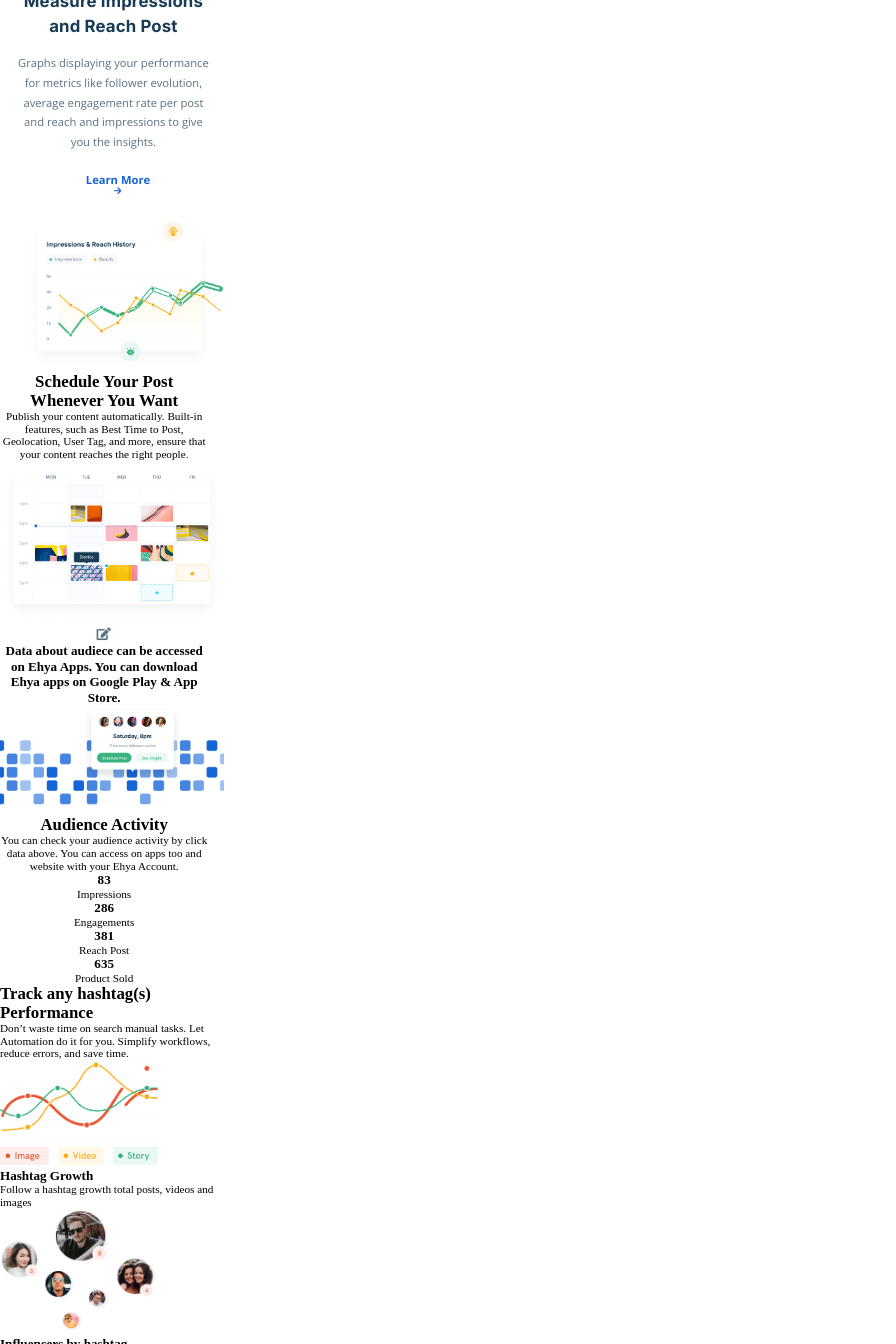
Repository: Eduardo-Tamborelli-Ferreira-lino/FrontEnd
Page: projetos/Prova-CSS/index.html
An editor plug-in stored every save of this project. The page is shown before and after the next save, followed by the edit.
The browser window is 1280 px wide. The pictures show the part of the page from y = 1023 to 2943 px (the page is 4970 px tall before and 4954 px after), at 70% of full size.

Above is the page before, as saved 2026-03-12 13:48:50.

### projetos/Prova-CSS/index.html
<!DOCTYPE html>
<html lang="en">

<head>
    <meta charset="UTF-8">
    <meta name="viewport" content="width=device-width, initial-scale=1.0">
    <link rel="stylesheet" href="style.css">
    <title>Ehya</title>
</head>

<body>
    <div id="background-start"></div>

    <!-- Construção do Header Para o Desktop e Mobile -->
    <header class="container">
        <div class="logo">
            <img src="./Image/Header/Logo.png" alt="Website brand logo">
        </div>
        <div id="menu-mobile">
            <img src="./Image/Header/Menu_hamburger.png" alt="Hamburger menu for website actions. ">
        </div>
        <div id="menu-desktop">
            <nav>
                <ul>
                    <li><a href="#">Home</a></li>
                    <li><a href="#">Landings</a></li>
                    <li><a href="#">Pages</a></li>
                    <li><a href="#">Docs</a></li>
                    <li><a href="#">Help</a></li>
                    <li><a href="#">Get it now</a></li>
                </ul>
            </nav>
        </div>

    </header>


    <main>

        <section id="hero">

            <div id="hero-content" , class="container">
                <div id="hero-title">
                    <h1>
                        Track Instagram
                        Business Performance
                    </h1>
                </div>
                <div id="hero-subtitle">
                    <p>
                        Ehya is the Instagram analytics platform teams use to stay focused on the goals, track
                        engagement for report your business .
                    </p>
                </div>
                <div id="hero-button">
                    <a href="#">Get 14-Days Trial</a>
                </div>
                <div id="Dashboard">
                    <img src="./Image/Main/Dashboard/Dashboard.png"
                        alt="Dashboard to the Most Imports Information on Brand">
                </div>
            </div>

        </section>

        <section id="partners" , class="container">

            <div id="all-partners">
                <div class="partners-image">
                    <div id="Slack">
                        <img src="./Image/Main/Brands/Slack.png" alt="Image of Partner Slack">
                    </div>
                </div>
                <div class="partners-image">
                    <div id="Netflix">
                        <img src="./Image/Main/Brands/Netflix.png" alt="Image of Partner Netflix">
                    </div>
                </div>
                <div class="partners-image">
                    <div id="Google">
                        <img src="./Image/Main/Brands/Google.png" alt="Image of Partner Google">
                    </div>
                </div>
                <div class="partners-image">
                    <div id="Airbnb">
                        <img src="./Image/Main/Brands/Airbnb.png" alt="Image of Partner Airbnb">
                    </div>
                </div>
                <div class="partners-image">
                    <div id="Uber">
                        <img src="./Image/Main/Brands/Uber.png" alt="Image of Partner Uber">
                    </div>
                </div>




            </div>

        </section>

        <div class="line-divider"></div>

        <section id="main-content" , class="container">

            <div id="Feature">

                <div id="impressions">
                    <div id="impressions-title">
                        <h2>
                            Measure Impressions
                            and Reach Post
                        </h2>
                    </div>
                    <div id="impressions-subtitle">
                        <p>
                            Graphs displaying your performance
                            for metrics like follower
                            evolution, average engagement rate
                            per post and reach
                            and impressions to give you the
                            insights.
                        </p>
                    </div>
                    <div id="impressions-button">
                        <a href="#">Learn More
                            <img src="./Image/Main/Icons/Icon_Arrow.png"
                                alt="Arrow to indicate that the button leads to another page. ">
                        </a>
                    </div>
                    <div id="impressions-graph">
                        <img src="./Image/Main/Graph/Graph.png"
                            alt="Graph of Impressions and Reach History of the Brand">
                    </div>
                </div>

                <div id="schedule">

                    <div id="schedule-title">
                        <h2>
                            Schedule Your Post
                            Whenever You Want
                        </h2>
                    </div>
                    <div id="schedule-subtitle">
                        <p>
                            Publish your content automatically. Built-in features, such as Best Time to Post,
                            Geolocation, User Tag, and more, ensure that your content reaches the right people.
                        </p>
                    </div>
                    <div id="schedule-graph">
                        <img src="./Image/Main/Graph/Week_Graph .png" alt="Graph of week's agenda">
                    </div>
                    <div id="line-divider-schedule"></div>
                    <div id="schedule-help">
                        <img src="./Image/Main/Icons/Icon_pencil.png" alt="icon to indicate editing">
                        <h3>
                            Data about audiece can be accessed on Ehya Apps.
                            You can download Ehya apps on Google Play & App Store.
                        </h3>
                    </div>

                </div>

            </div>

            <div id="audience">

                <div id="audience-image">
                    <img src="./Image/Main/Graph/follows_Graph .png" alt="Audience Viewing Image">
                </div>

                <div id="audience-title">
                    <h2>
                        Audience Activity
                    </h2>
                </div>

                <div id="audience-subtitle">
                    <p>
                        You can check your audience activity by click data above.
                        You can access on apps too and website with your Ehya Account.
                    </p>
                </div>

                <div id="audience-activity">
                    <div class="audience-informations">
                        <h3>
                            83
                        </h3>
                        <p>
                            Impressions
                        </p>
                    </div>
                    <div class="audience-informations">
                        <h3>
                            286
                        </h3>
                        <p>
                            Engagements
                        </p>
                    </div>
                    <div class="audience-informations">
                        <h3>
                            381
                        </h3>
                        <p>
                            Reach Post
                        </p>
                    </div>
                    <div class="audience-informations">
                        <h3>
                            635
                        </h3>
                        <p>
                            Product Sold
                        </p>
                    </div>
                </div>

            </div>

        </section>

        <section id="track-background">

            <section id="track-hashtag" , class="container">

                <div id="track-title">
                    <h2>
                        Track any hashtag(s) Performance
                    </h2>
                </div>
                <div id="track-subtitle">
                    <p>
                        Don’t waste time on search manual tasks. Let Automation do it for you.
                        Simplify workflows, reduce errors, and save time.
                    </p>
                </div>
                <div class="track-card">
                    <div id="card-graph">
                        <img src="./Image/Main/Track-card/Graph-card.png" alt="Graph of hashtag Growth">
                    </div>
                    <div id="Graph-description">
                        <img src="./Image/Main/Track-card/Graph-information.png"
                            alt="Description of each line in the graph">
                    </div>
                    <div class="card-title">
                        <h3>
                            Hashtag Growth
                        </h3>
                    </div>
                    <div class="card-subtitle">
                        <p>
                            Follow a hashtag growth total posts, videos
                            and images
                        </p>
                    </div>
                </div>
                <div class="track-card">
                    <div id="card-image">
                        <img src="./Image/Main/Track-card/Influencers.png" alt="Influencers by hashtag">
                    </div>
                    <div class="card-title">
                        <h3>
                            Influencers by hashtag
                        </h3>
                    </div>
                    <div class="card-subtitle">
                        <p>
                            Identify the most influential people posting with
                            your hashtag
                        </p>
                    </div>
                </div>
                <div class="track-card">
                    <div id="card-posts">
                        <img src="./Image/Main/Track-card/Posts.png" alt="Most Influential Posts">
                    </div>
                    <div class="card-title">
                        <h3>
                            Most Influential Posts
                        </h3>
                    </div>
                    <div class="card-subtitle">
                        <p>
                            See the most influential posts on hashtag you
                            are following on.
                        </p>
                    </div>
                </div>
                <div class="track-card">
                    <div id="card-Map">
                        <img src="./Image/Main/Track-card/Map.png" alt="Map of Hashtag Location">
                    </div>
                    <div class="card-title">
                        <h3>
                            Hashtag Location
                        </h3>
                    </div>
                    <div class="card-subtitle">
                        <p>
                            Visualize where people are posting using your
                            hashtag made.
                        </p>
                    </div>
                </div>
            </section>

            <div class="line-divider"></div>

            <section id="testimonials" , class="container">

                <div id="testimonials-hearder">
                    <div id="testimonials-title">
                        <h3>
                            Ehya is loved by users
                        </h3>
                    </div>
                    <div id="testimonials-arrows">
                        <img src="./Image/Main/testimonials/Button-arrow-left.png"
                            alt="Left Arrom To Move for the last testimonials">
                        <img src="./Image/Main/testimonials/Button-arrow-right.png"
                            alt="Right Arrom To Move for the Next testimonials">
                    </div>
                </div>
                <div id="testimonials-box">
                    <div class="testimonials-card">
                        <div class="card-photos">
                            <img src="./Image/Main/testimonials/Photo-jaquon.png" alt="Photo of Jaquon Hart">
                        </div>
                        <div class="card-stars">
                            <img src="./Image/Main/testimonials/Star-Jaquon.png" alt="User Rating">
                        </div>
                        <div class="testimonials-text">
                            <h5>
                                “With Ehya, we’re able to easily track our performance in full detail.
                                It’s become an essential tool for us to grow and engage with our audience.”
                            </h5>
                        </div>
                        <div class="testimonials-identification">
                            <h4 class="testimonials-name">
                                Jaquon Hart
                            </h4>
                            <p class="testimonials-Job">
                                Digital Marketing Executive, Hypebeast
                            </p>
                        </div>
                    </div>
                    <div class="testimonials-card">
                        <div class="card-photos">
                            <img src="./Image/Main/testimonials/Phto-Harider.png" alt="Photo of Harider Bharwal">
                        </div>
                        <div class="card-stars">
                            <img src="./Image/Main/testimonials/Star-Harider.png" alt="User Rating">
                        </div>
                        <div class="testimonials-text">
                            <h5>
                                “With Ehya, we’re able to easily track our performance in full detail.
                                It’s become an essential tool for us to grow and engage with our audience.”
                            </h5>
                        </div>
                        <div class="testimonials-identification">
                            <h4 class="testimonials-name">
                                Harider Bharwal
                            </h4>
                            <p class="testimonials-Job">
                                Product Manager of Salestation Asia
                            </p>
                        </div>
                    </div>
                </div>

            </section>

        </section>


        <section id="sing-up">

            <div id="sign-box">
                <div id="sign-left-image">
                    <img src="./Image/Main/Sing/Left-side.png" alt="Left Side Images">
                </div>
                <div id="sign-information">
                    <div id="Information-title">
                        <h2>
                            Grow your brand
                            presence on social media.
                        </h2>
                    </div>
                    <div id="Information-text">
                        <p>
                            Try Ehya free for 14 days. No credit card required.
                        </p>
                    </div>
                    <div id="Information-button">
                        <a href="#">Sign Up for Free Trial</a>
                    </div>
                </div>
                <div id="sign-right-image">
                    <img src="./Image/Main/Sing/Right side.png" alt="right Side Images">
                </div>
            </div>

        </section>

    </main>

    <footer>

        <section id="main-footer" , class="container">

            <section id="footer-about">
                <div class="logo">
                    <img src="./Image/Header/Logo.png" alt="Logo of the brand">
                </div>
                <div id="footer-about-description">
                    <p>
                        Build a modern and creative website with crealand
                    </p>
                </div>
                <div id="about-social-icons">
                    <img src="./Image/Footer/Icons/Google-icon.png" alt="Google Icon">
                    <img src="./Image/Footer/Icons/Twitter-icon.png" alt="Twitter Icon">
                    <img src="./Image/Footer/Icons/Instagram-icon.png" alt="Instagram Icon">
                    <img src="./Image/Footer/Icons/linkedin-icon.png" alt="Linkedin Icon">
                </div>
            </section>

            <section id="links-products">
                <div class="links-box">
                    <div class="links-title">
                        Product
                    </div>
                    <div class="links">
                        <nav>
                            <ul>
                                <li><a href="#">Landingpage</a></li>
                                <li><a href="#">Features</a></li>
                                <li><a href="#">Documentation</a></li>
                                <li><a href="#">Referral Program</a></li>
                                <li><a href="#">Pricing</a></li>
                            </ul>
                        </nav>
                    </div>
                </div>
                <div class="links-box">
                    <div class="links-title">
                        Services
                    </div>
                    <div class="links">
                        <nav>
                            <ul>
                                <li><a href="#">Documentation</a></li>
                                <li><a href="#">Design</a></li>
                                <li><a href="#">Themes</a></li>
                                <li><a href="#">Illustrations</a></li>
                                <li><a href="#">UI Kit</a></li>
                            </ul>
                        </nav>
                    </div>
                </div>
                <div class="links-box">
                    <div class="links-title">
                        Company
                    </div>
                    <div class="links">
                        <nav>
                            <ul>
                                <li><a href="#">About</a></li>
                                <li><a href="#">Terms</a></li>
                                <li><a href="#">Privacy Policy</a></li>
                                <li><a href="#">Careers</a></li>
                            </ul>
                        </nav>
                    </div>
                </div>
                <div class="links-box">
                    <div class="links-title">
                        More
                    </div>
                    <div class="links">
                        <nav>
                            <ul>
                                <li><a href="#">Documentation</a></li>
                                <li><a href="#">License</a></li>
                                <li><a href="#">Changelog</a></li>
                            </ul>
                        </nav>
                    </div>
                </div>
            </section>

            <section id="copyright">

                <div id="copyright-heart">
                    <img src="./Image/Footer/Heart/Heart.png" alt="Heart Icon">
                </div>
                <div id="copyright-text">
                    <p>
                        Copyright © 2019. Crafted with love.
                    </p>
                </div>

            </section>

        </section>

    </footer>

</body>

</html>

### projetos/Prova-CSS/style.css
@import url('https://fonts.googleapis.com/css2?family=Inter:ital,opsz,wght@0,14..32,100..900;1,14..32,100..900&family=Open+Sans:ital,wght@0,300..800;1,300..800&display=swap');

*{
    padding: 0;
    margin: 0;
    box-sizing: border-box;
}

:root{
    --Title-font: "Inter";
    --Text-font: "Open Sans";
    --Numbers-color: #FAAD13;
    --title-color:#183B56;
    --Text-color: #5A7184;
    --color-track: #F9FBFE;
    --color-header: rgba(250, 173, 19, 0.1);
    --links-color: #183B56;
}

a{
    text-decoration: none;
    color: var(--links-color);
}

li{
    list-style: none;
    cursor: pointer;
}

body{
    width: 20rem;
    height: 100vh;
}

#background-start{
    width: 20rem;
    height: 36.125rem;
    background-color: var(--color-header);
    position: absolute;
    z-index: -2;
    margin: 0 auto;
    top: 0;
    left: 0;
}

header{
    display: flex;
    justify-content: space-around;
    align-items: center;
    z-index: 10;
    gap: 10.688rem;
    margin: 1.125rem 1.5rem 3rem 1.125rem;
}

#menu-desktop{
    display: none;
}

#hero{
    width: 20rem;
    text-align: center;
}

#hero-title h1{
    font-family: var(--Title-font);
    font-weight: 700;
    font-size: 2rem;
    line-height: 2.5rem;
    letter-spacing: 0.013rem;
    color: var(--title-color);
    margin-bottom: 1.5rem;
}

#hero-subtitle p{
    width: 17.5rem;
    font-family: var(--Text-font);
    color: var(--Text-color);
    font-weight: 400;
    font-size: 1rem;
    line-height: 1.75rem;
    letter-spacing: 0;
    margin: 0 1.25rem 2.5rem 1.25rem;
}

#hero-button{
    display: flex;
    justify-content: center;
    align-items: center;
    width: 12.5rem;
    height: 3rem;
    background-color: #183B56;
    border-radius: 0.5rem;
    margin: 0 3.75rem;
}

#hero-button a{
    color: #FFFFFF;
    font-size: 1rem;
    font-weight: 700;
    line-height: 100%;
    letter-spacing: 0;
    text-align: center;
}

#Dashboard img{
    margin-top: 3rem;
    margin-bottom: 4rem;
}

#partners{
    width: 18.471rem;
    height: 11.344rem;
    margin-left: 0.75rem;
}

#all-partners{
    display: flex;
    gap: 1rem;
    flex-wrap: wrap;
}

.partners-image{
    width: 42%;
    flex-grow: 0;
}

#Uber{
    margin-left: 4.063rem;
}

.line-divider{
    width: 17.5rem;
    height: 0.063rem;
    border-radius: 0.063rem;
    background-color: #E3E7ED;
    margin-left: 1.25rem;
    margin-bottom: 4.031rem;
}

#main-content{
    width: 18.6rem;
    text-align: center;
}

#impressions-title h2{
    width: 17.5rem;
    font-weight: 700;
    font-size: 1.5rem;
    line-height: 2.25rem;
    letter-spacing: 0.013rem;
    color: var(--title-color);
    font-family: var(--Title-font);
    margin: auto 1.375rem;
}

#impressions-subtitle p{
    width: 17.5rem;
    font-family: var(--Text-font);
    font-weight: 400;
    font-size: 1rem;
    line-height: 1.75rem;
    letter-spacing: 0;
    color: var(--Text-color);
    margin: 1.25rem 0 2rem 1.375rem;
}

#impressions-button{
    width: 7.313rem;
    margin: 0 0 2.25rem 6.5rem;
    display: flex;
    justify-content: center;
    align-items: center;
}

#impressions-button a{
    font-weight: 700;
    font-size: 1rem;
    line-height: 100%;
    letter-spacing: 0;
    font-family: var(--Text-font);
    color: #1565D8;
    margin-left: 0.75rem;
}

#impressions-graph img{
    width: 17.724rem;
    margin-left: 2.188rem;
}

.track-card img{
    width: 14.156rem;
}

#sign-box img{
    width: 14.156rem;
}

After the next save:
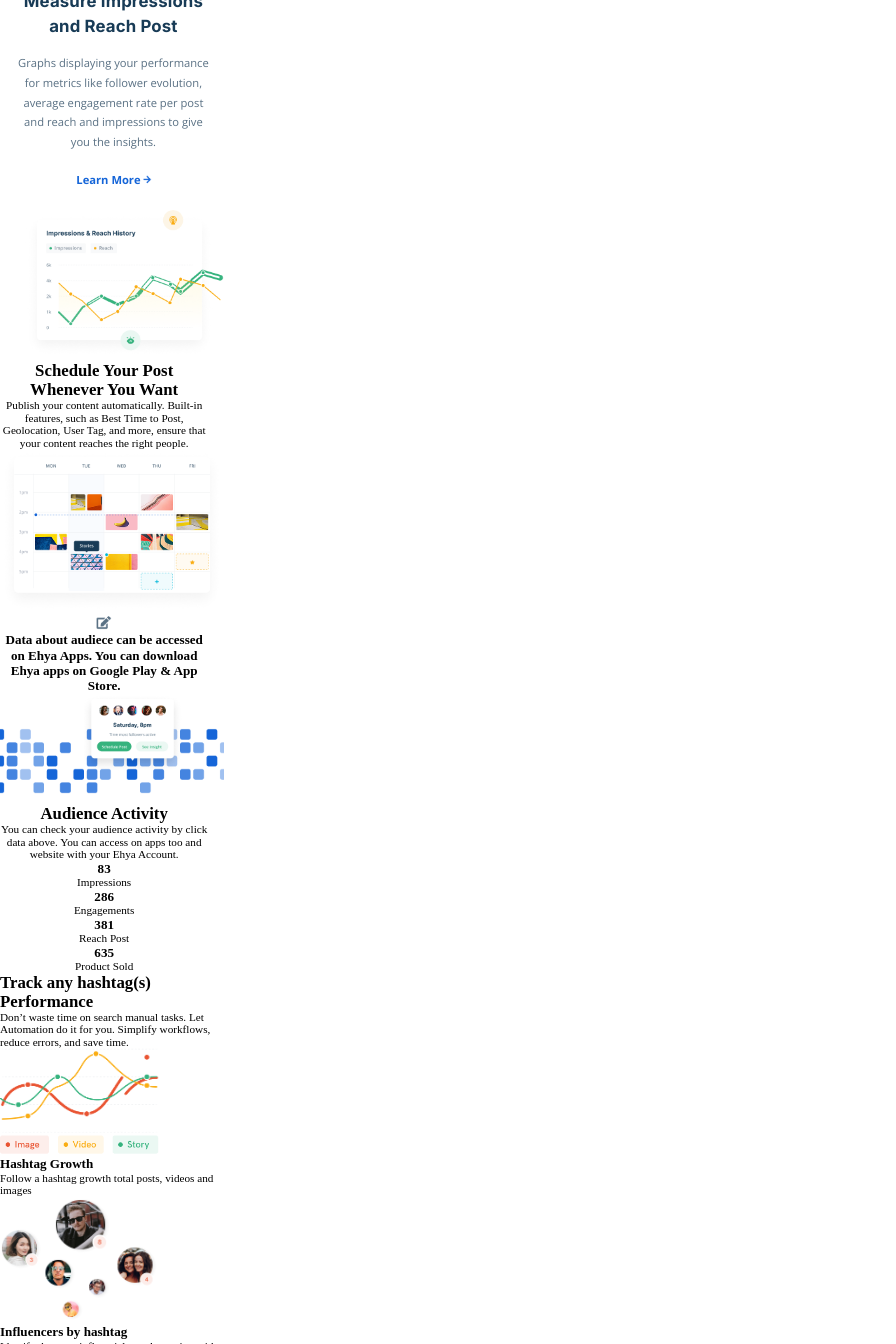
Saved 27 s later.
--- a/projetos/Prova-CSS/style.css
+++ b/projetos/Prova-CSS/style.css
@@ -179,10 +179,10 @@
     letter-spacing: 0;
     font-family: var(--Text-font);
     color: #1565D8;
-    margin-left: 0.75rem;
 }
 
 #impressions-graph img{
+    margin-left: 0.75rem;
     width: 17.724rem;
     margin-left: 2.188rem;
 }
